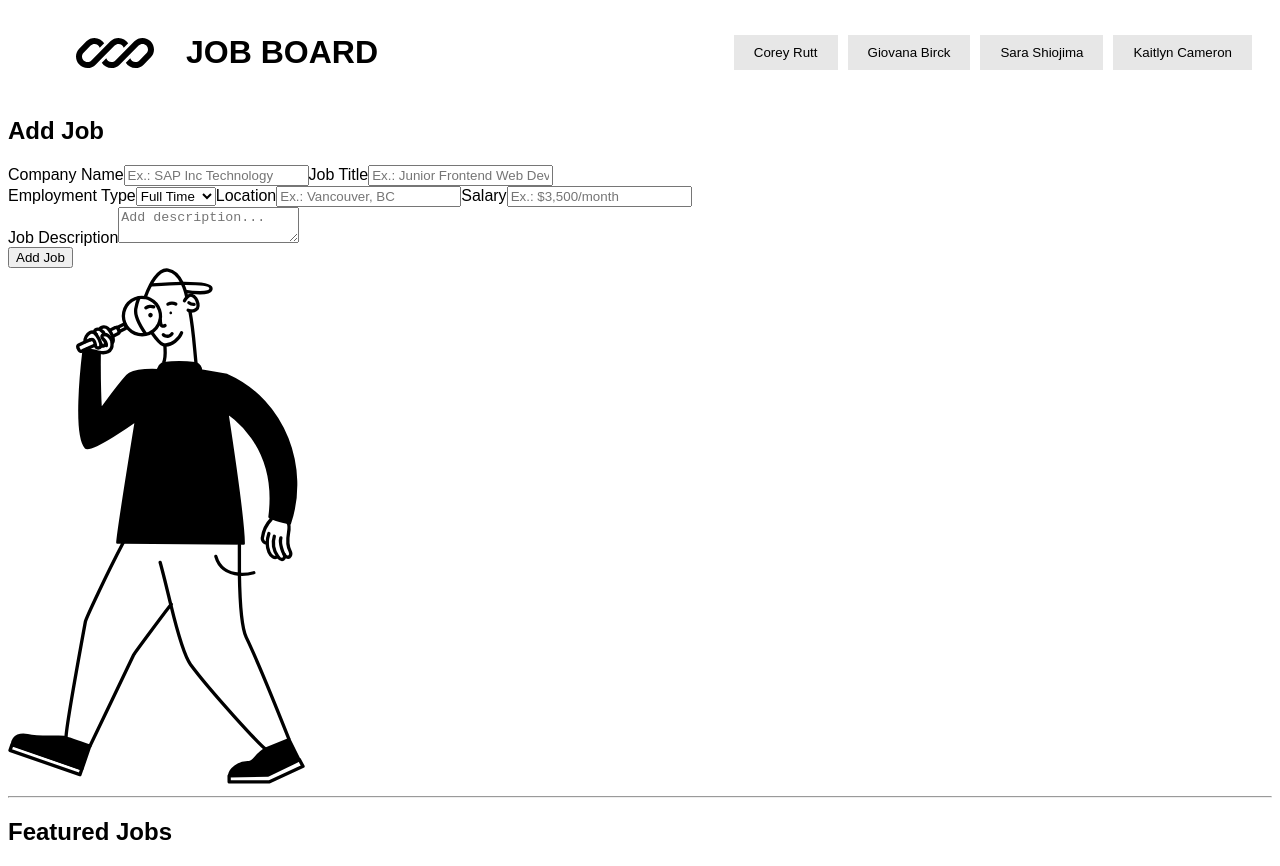
Repository: kcameron37/Final-Project-FrontEnd
Page: /
These files come from the project's save history. The page is drawn as it stood at one moment and after a run of saves; the edit follows.
The browser window is 1280 px wide. The pictures show the whole page.
The project was rebuilt for these pictures with package versions that can differ from the ones it lists, and the page was loaded fresh each time. Also part of the build but not shown: src/components/addJob.module.css.

Above is the page before, as saved 2023-11-14 20:11:44.

After the next 2 saves:
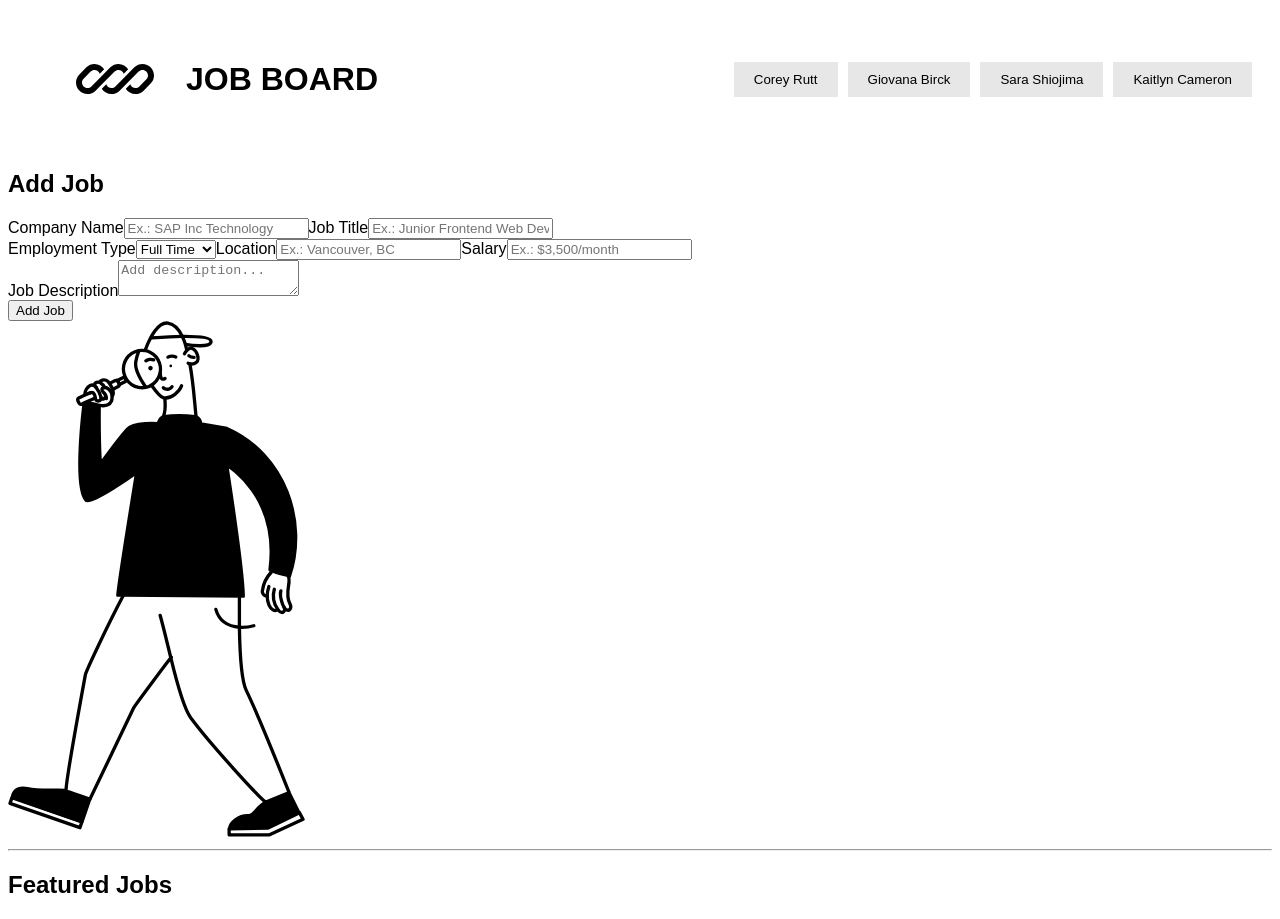
The 2 saves are shown as one change because they came seconds apart.
The last was saved 10 s later.
--- a/src/components/navBar.module.css
+++ b/src/components/navBar.module.css
@@ -18,7 +18,7 @@
   }
 
   .navBar h2 {
-    margin: 0;
+    margin-left: 10;
     padding-left: 1em;
     font-size: 32px;
   }
